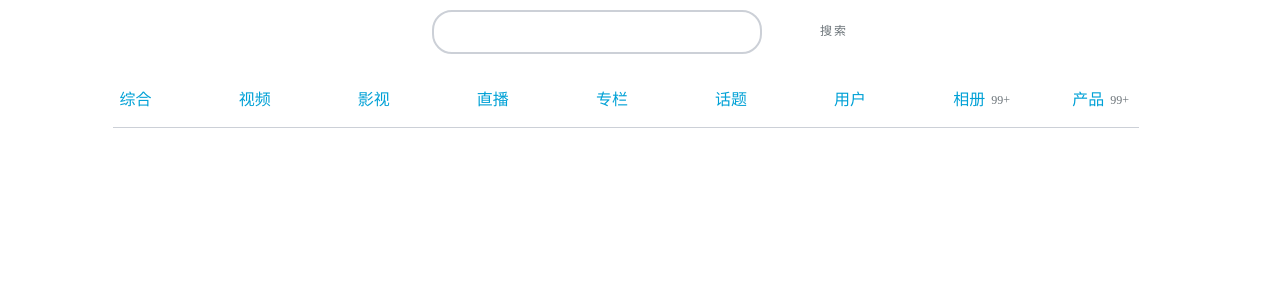
Repository: red-code-yl/web-project
Page: doc/food.html
These files come from the project's save history. The page is drawn as it stood at one moment and after a run of saves; the edit follows.
The browser window is 1280 px wide. The pictures show the whole page.

Above is the page before, as saved 2020-06-18 13:21:11.

### doc/food.html
<!DOCTYPE html>
<html lang="en">
<head>
    <meta charset="UTF-8">
    <meta name="viewport" content="width=device-width, initial-scale=1.0">
    <title>美食</title>
    <link  rel="stylesheet"   href="../css/food.css" />
</head>
<body>
    <div id="search" class="search">
        <div class="contain">
            <div class="head-contain">
                <div class="search-top">
                    <div class="search-block">
                        <div class="search-input">
                            <input id="search-keyword" type="text" maxlength="100" autocomplete="off">
                        </div>
                        <div class="search-button">
                            <span class="search-text">搜索</span>
                        </div>

                    </div>
                </div>
                <div class="navigator">
                    <div class="nav-1">
                        <div class="fenlei">
                            <ul class="fenlei-list">
                                <li class="fenlei-list-1" style="height: 56px;line-height: 56px;width: 11.11%;">
                                    <a href="#">综合</a>
                                    <span></span>
                                </li>
                                <li class="fenlei-list-1" style="height: 56px;line-height: 56px;width: 11.11%;">
                                    <a href="#">视频</a>
                                    <span>99+</span>
                                </li>
                                <li class="fenlei-list-1" style="height: 56px;line-height: 56px;width: 11.11%;">
                                    <a href="#">影视</a>
                                    <span>46</span>
                                </li>
                                <li class="fenlei-list-1" style="height: 56px;line-height: 56px;width: 11.11%;">
                                    <a href="#">直播</a>

                                </li>
                                <li class="fenlei-list-1" style="height: 56px;line-height: 56px;width: 11.11%;">
                                    <a href="#">专栏</a>

                                </li>
                                <li class="fenlei-list-1" style="height: 56px;line-height: 56px;width: 11.11%;">
                                    <a href="#">话题</a>

                                </li>
                                <li class="fenlei-list-1" style="height: 56px;line-height: 56px;width: 11.11%;">
                                    <a href="#">用户</a>

                                </li>
                                <li class="fenlei-list-1" style="height: 56px;line-height: 56px;width: 11.11%;">
                                    <a href="#">相册<span>99+</span></a>

                                </li>
                                <li class="fenlei-list-1" style="height: 56px;line-height: 56px;width: 11.11%;">
                                    <a href="#">产品<span>99+</span></a>
                                </li>
                            </ul>
                        </div>
                    </div>
                </div>
            </div>
            <div class="body-contain"></div>
        </div>
    </div>
</body>
</html>

### css/food.css
.contain{
    width: 980px;
    margin: 0 auto;
}
* {
    padding: 0;
    margin: 0;
}
div{
    display: block;
}
.head-contain{
    padding-top: 10px;
}
.search-top{
    width: 430px;
    margin-left: 282px;
}
.search-block{
    height: 44px;
    margin: 0 auto;
    position: relative;
    width: 587px;
}
.search-input{
    position: relative;
    background: #fff;
    border-radius: 4px;
    float: left;
    width: 330px;
    margin-right: 10px;
}
input{
    height: 18px;
    box-shadow: none;
    padding: 11px 15px;
    background: transparent;
    width: 296px;
    border: 2px solid #ccd0d7;
    border-radius: 20px;
    font-size: 16px;
    color: #222;
}
.search-button{
    margin-left: 7px;
    cursor: pointer;
    float: left;
    color: #fff;
    width: 70px;
    background-color: #00a1d6;
    font-size: 16px;
    letter-spacing: 2px;
    line-height: 42px;
    text-align: center;
    border-radius: 6px;
}
.navigator{
    overflow: hidden;
    margin-top: 18px;
    margin-left: -37px;
    margin-right: -9px;


}
.nav-1{
    margin-left: -37px;
    margin-right: -9px;
    overflow: hidden;
    position: relative;
}
.fenlei{
    position: relative;
    font-size: 0;
    z-index: 1;
    white-space: nowrap;
    flex-grow: 1;
}
.fenlei-list-1{
    border-bottom: 1px solid #ccd0d7;
    box-sizing: border-box;
    display: inline-block;
    text-align: center;
    font-size: 15px;
    color: #657786;
    vertical-align: middle;
    white-space: nowrap;
}
.li{
    margin: 0;
    padding: 0;
    list-style: none;
}
a{
    text-decoration: none;
    outline: 0;
    color: #00a1d6;
    cursor: pointer;
    font-size: 16px;
    display: block;
}
span{
    position: absolute;
    margin-left: 6px;
    font-size: 12px;
    color: #6d757a;
}
}

After the next 9 saves:
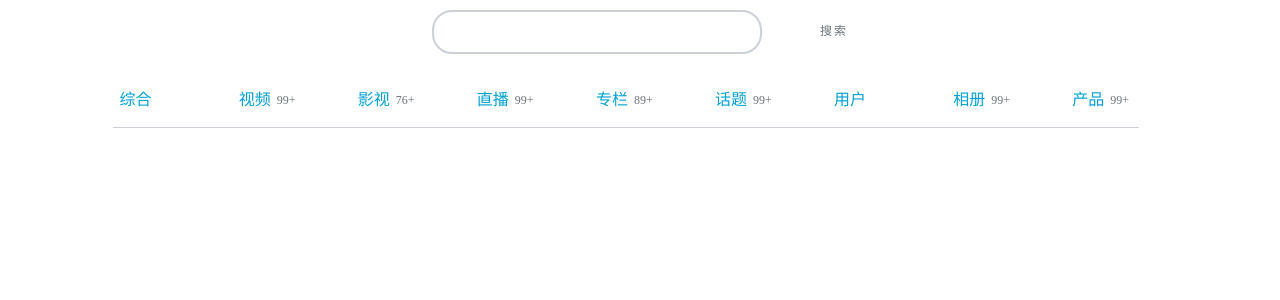
The 9 saves are shown as one change because they came seconds apart.
The last was saved 30 s later.
--- a/doc/food.html
+++ b/doc/food.html
@@ -30,23 +30,23 @@
                                     <span></span>
                                 </li>
                                 <li class="fenlei-list-1" style="height: 56px;line-height: 56px;width: 11.11%;">
-                                    <a href="#">视频</a>
-                                    <span>99+</span>
-                                </li>
-                                <li class="fenlei-list-1" style="height: 56px;line-height: 56px;width: 11.11%;">
-                                    <a href="#">影视</a>
-                                    <span>46</span>
-                                </li>
-                                <li class="fenlei-list-1" style="height: 56px;line-height: 56px;width: 11.11%;">
-                                    <a href="#">直播</a>
+                                    <a href="#">视频<span>99+</span></a>
 
                                 </li>
                                 <li class="fenlei-list-1" style="height: 56px;line-height: 56px;width: 11.11%;">
-                                    <a href="#">专栏</a>
+                                    <a href="#">影视<span>76+</span></a>
 
                                 </li>
                                 <li class="fenlei-list-1" style="height: 56px;line-height: 56px;width: 11.11%;">
-                                    <a href="#">话题</a>
+                                    <a href="#">直播<span>99+</span></a>
+
+                                </li>
+                                <li class="fenlei-list-1" style="height: 56px;line-height: 56px;width: 11.11%;">
+                                    <a href="#">专栏<span>89+</span></a>
+
+                                </li>
+                                <li class="fenlei-list-1" style="height: 56px;line-height: 56px;width: 11.11%;">
+                                    <a href="#">话题<span>99+</span></a>
 
                                 </li>
                                 <li class="fenlei-list-1" style="height: 56px;line-height: 56px;width: 11.11%;">
